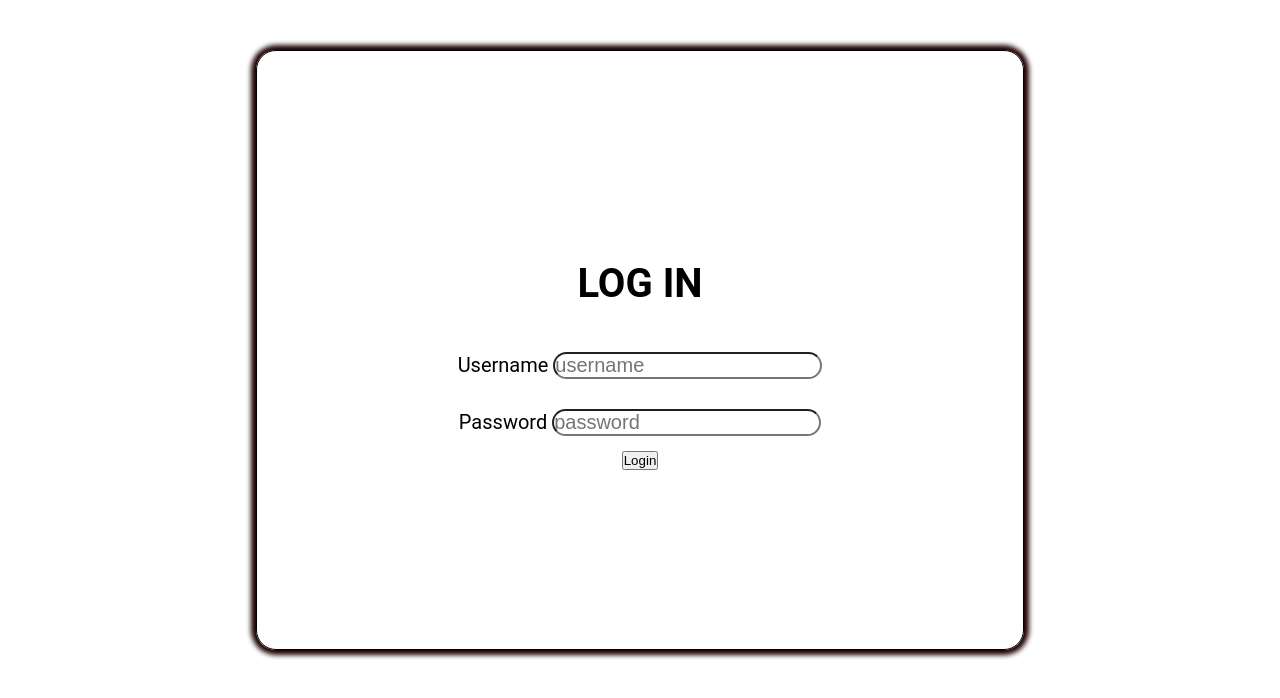
Repository: huyna1707/learning-git
Page: index.html
The author's editor kept a copy of each file at every save. The page is drawn from the files as they stood at one save, then again after a run of saves.
The browser window is 1280 px wide. The pictures show the whole page.

Above is the page before, as saved 2024-08-09 23:23:24.

### index.html
<!DOCTYPE html>
<html>
<head>
    <title>Form Login</title>
    <link rel="stylesheet" href="style.css">
    <script defer src="main.js"></script>
</head>
<body>
    <form action="menu">
        <h4>LOG IN</h4>
        <label for="username">Username
            <input type="text" placeholder="username" id="username">
        </label>
        <label for="passworld">Password
            <input type="password" placeholder="password" id="password">
        </label>
        <button type="submit" onclick="login">Login</button>
    </form>
</body>
</html>

### style.css
*{
    margin: 0;
    padding: 0;
    box-sizing: border-box;
}

html{
    font-size: 15px;
    font-family: 'Roboto', sans-serif;
    display: flex;
    justify-content: center;
    align-items: center;
}

form{
    width: 60vw;
    height: 600px;
    display: flex;
    flex-direction: column;
    justify-content: center;
    align-items: center;
    margin-top: 50px;
    border: 1px solid black;
    border-radius: 20px;
    box-shadow: rgb(30, 0, 0) 0 0 5px 5px;
}

form h4{
    font-size: 40px;
    font-weight: 600;
    margin: 30px;;
}
form label{
    font-size : 20px;
    margin: 15px ;
}
form input{
    border-radius: 20px;
    font-size: 20px;
}

### main.js
// window.prompt('What is your name?');

After the next 4 saves:
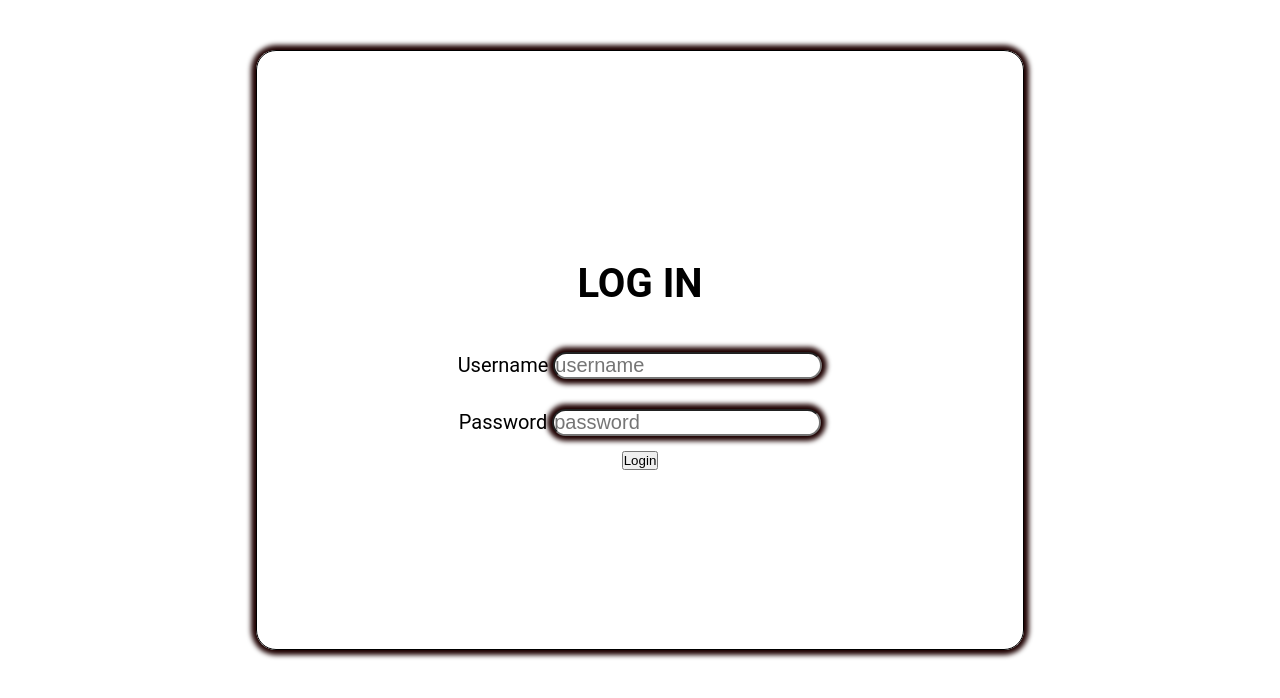
The 4 saves are shown as one change because they came seconds apart.
The last was saved 24 s later.
--- a/style.css
+++ b/style.css
@@ -37,4 +37,5 @@ form label{
 form input{
     border-radius: 20px;
     font-size: 20px;
+    box-shadow: rgb(30, 0, 0) 0 0 5px 5px;
 }
